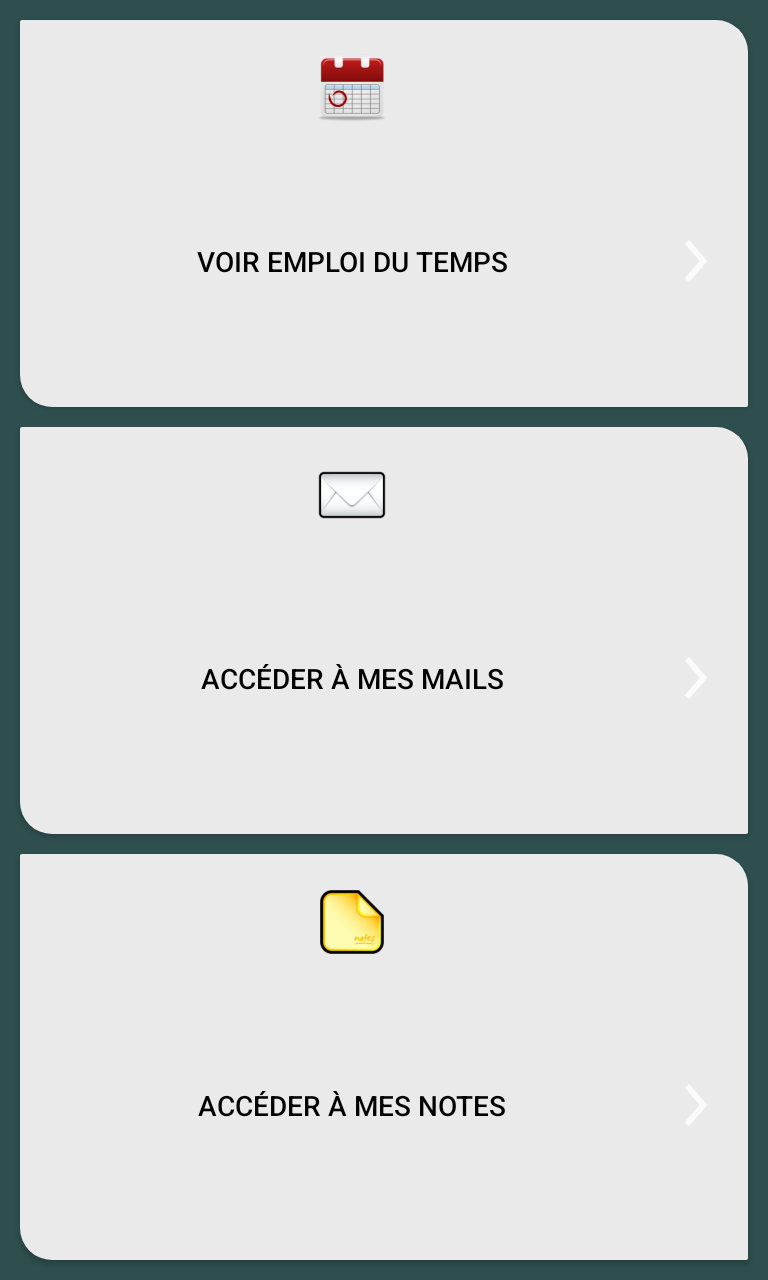
Repository: cpluuuusplus/WhoWantsKitKat
Layout: AppliPlus/res/layout/activity_menu_pamplemousse.xml
An editor plug-in stored every save of this project. The layout is shown before and after the next save, followed by the edit.
It is drawn on a 768 x 1280 px phone screen (xhdpi) without system bars, with theme Theme.AppCompat.Light; the app's code is not run.

Above is the layout before, as saved 2014-05-12 16:46:02.

### AppliPlus/res/layout/activity_menu_pamplemousse.xml
<?xml version="1.0" encoding="utf-8"?>
<LinearLayout xmlns:android="http://schemas.android.com/apk/res/android"
    android:layout_width="match_parent"
    android:layout_height="match_parent"
    android:background="@color/darkslategray"
    android:orientation="vertical" >

    <Button
        android:id="@+id/pampViewer"
        android:layout_width="match_parent"
        android:layout_height="fill_parent"
        android:layout_margin="10dp"
        android:layout_weight="1"
        android:background="@drawable/button_shape"
        android:drawableRight="@drawable/ic_action_next_item"
        android:drawableTop="@drawable/calendar"
        android:onClick="onClickPampViewer"
        android:text="Voir emploi du temps"
        android:textColor="@color/black_color" />

    <Button
        android:id="@+id/mails"
        android:layout_width="match_parent"
        android:layout_height="fill_parent"
        android:layout_marginBottom="10dp"
        android:layout_marginLeft="10dp"
        android:layout_marginRight="10dp"
        android:layout_weight="1"
        android:background="@drawable/button_shape"
        android:drawableRight="@drawable/ic_action_next_item"
        android:drawableTop="@drawable/mail"
        android:onClick="onClickMail"
        android:text="Accéder à mes mails"
        android:textColor="@color/black_color" />

    <Button
        android:id="@+id/notes"
        android:layout_width="match_parent"
        android:layout_height="fill_parent"
        android:layout_marginBottom="10dp"
        android:layout_marginLeft="10dp"
        android:layout_marginRight="10dp"
        android:layout_weight="1"
        android:background="@drawable/button_shape"
        android:drawableRight="@drawable/ic_action_next_item"
        android:drawableTop="@drawable/marks"
        android:onClick="onClickNotes"
        android:text="Accéder à mes notes"
        android:textColor="@color/black_color" />

</LinearLayout>

### AppliPlus/res/values/colors.xml
<?xml version="1.0" encoding="utf-8"?>
<resources>

    <color name="black_color">#000</color>
    <color name="white">#FFFFFF</color>
    <color name="yellow">#FFFF00</color>
    <color name="fuchsia">#FF00FF</color>
    <color name="red">#FF0000</color>
    <color name="silver">#C0C0C0</color>
    <color name="gray">#808080</color>
    <color name="olive">#808000</color>
    <color name="purple">#800080</color>
    <color name="maroon">#800000</color>
    <color name="aqua">#00FFFF</color>
    <color name="lime">#00FF00</color>
    <color name="teal">#008080</color>
    <color name="green">#008000</color>
    <color name="blue">#0000FF</color>
    <color name="darkslategray">#2F4F4F</color>
    <color name="darkorange">#FF8C00</color>
    <color name="navy">#000080</color>
    <color name="orange">#ff5500</color>
    <color name="transparent">#00000000</color>
    <color name="date_color">#999999</color>
    <color name="gold">#e6b121</color>
    <color name="blueback">#99FFFF</color>
    <color name="articlecolor">#3399FF</color>
    <color name="article_title">#3399FF</color>
    <color name="cachecolor">#8ad0e8</color>

</resources>

### AppliPlus/res/drawable-hdpi/button_shape.xml
<?xml version="1.0" encoding="utf-8"?>
<shape xmlns:android="http://schemas.android.com/apk/res/android"
    android:shape="rectangle" >

    <solid android:color="#EAEAEA" />

    <corners
        android:bottomLeftRadius="16dip"
        android:bottomRightRadius="1dip"
        android:topLeftRadius="1dip"
        android:topRightRadius="16dip" />

    <padding
        android:bottom="10dp"
        android:left="10dp"
        android:right="10dp"
        android:top="10dp" />

</shape>

After the next save:
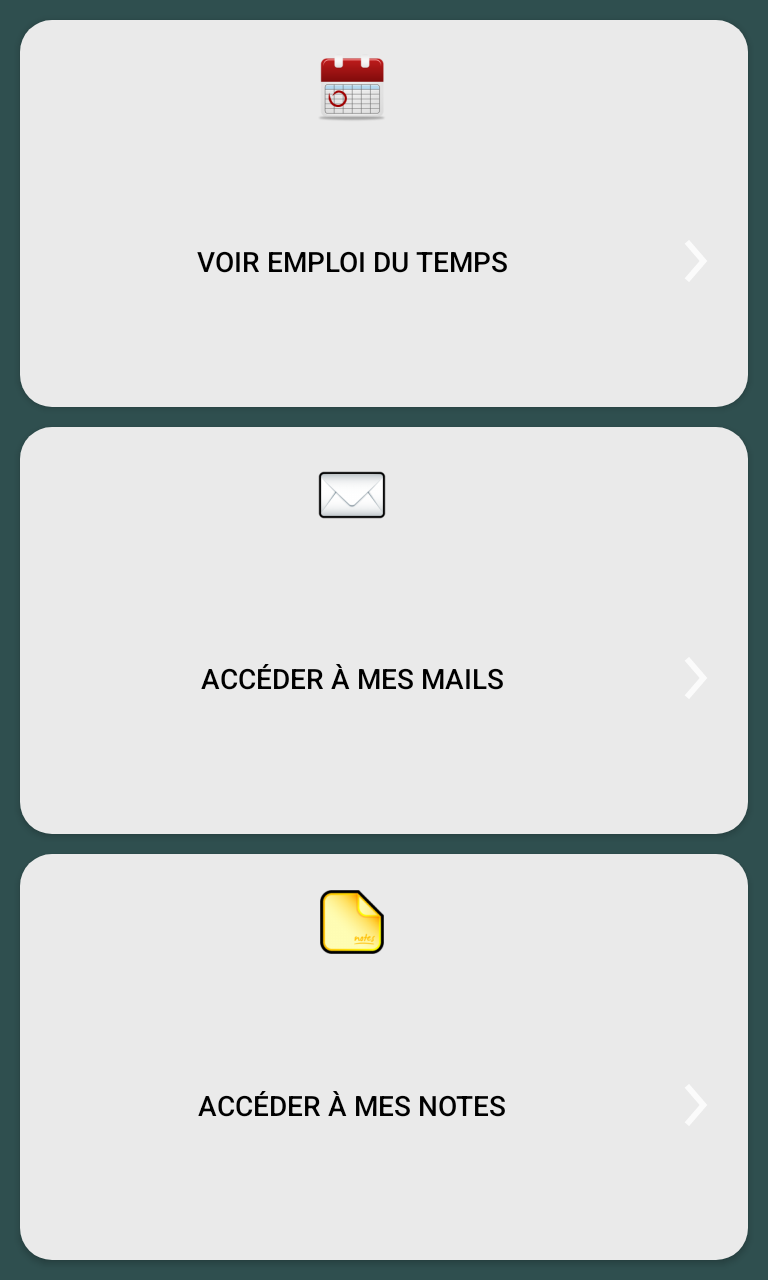
Saved 21 s later.
--- a/AppliPlus/res/drawable-hdpi/button_shape.xml
+++ b/AppliPlus/res/drawable-hdpi/button_shape.xml
@@ -6,8 +6,8 @@
 
     <corners
         android:bottomLeftRadius="16dip"
-        android:bottomRightRadius="1dip"
-        android:topLeftRadius="1dip"
+        android:bottomRightRadius="16dip"
+        android:topLeftRadius="16dip"
         android:topRightRadius="16dip" />
 
     <padding
